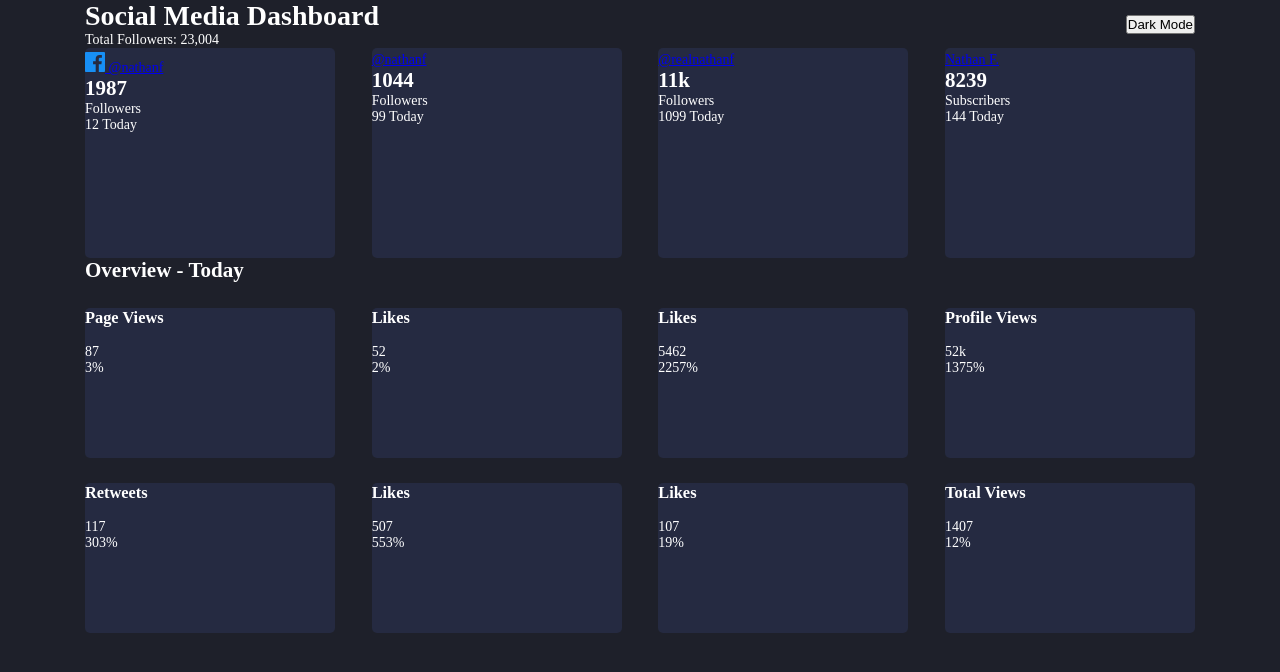
Repository: mamulini/social-media-dashboard-with-theme-switcher-master
Page: index.html
These files come from the project's save history. The page is drawn as it stood at one moment and after the next save; the edit follows.
The browser window is 1280 px wide. The pictures show the whole page.

Above is the page before, as saved 2020-04-06 13:58:19.

After the next save:
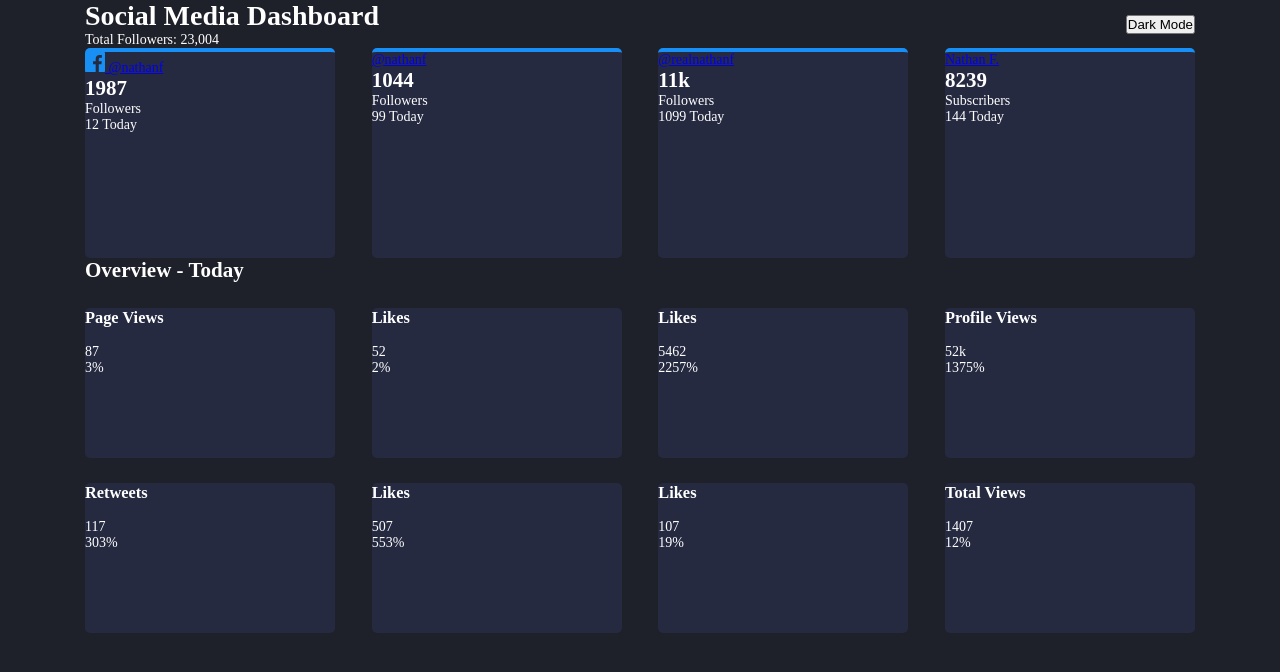
Saved 15 s later.
--- a/css/style.css
+++ b/css/style.css
@@ -33,7 +33,6 @@ body{
     border-top: 4px solid #178FF5;
     border-radius: 5px;
     background: hsl(228, 28%, 20%);
-    border-image: linear-gradient(to left, #DF4896 0% , #EE877E 50%, #FDC366 100%);
 }
 
 .likes_counter{
